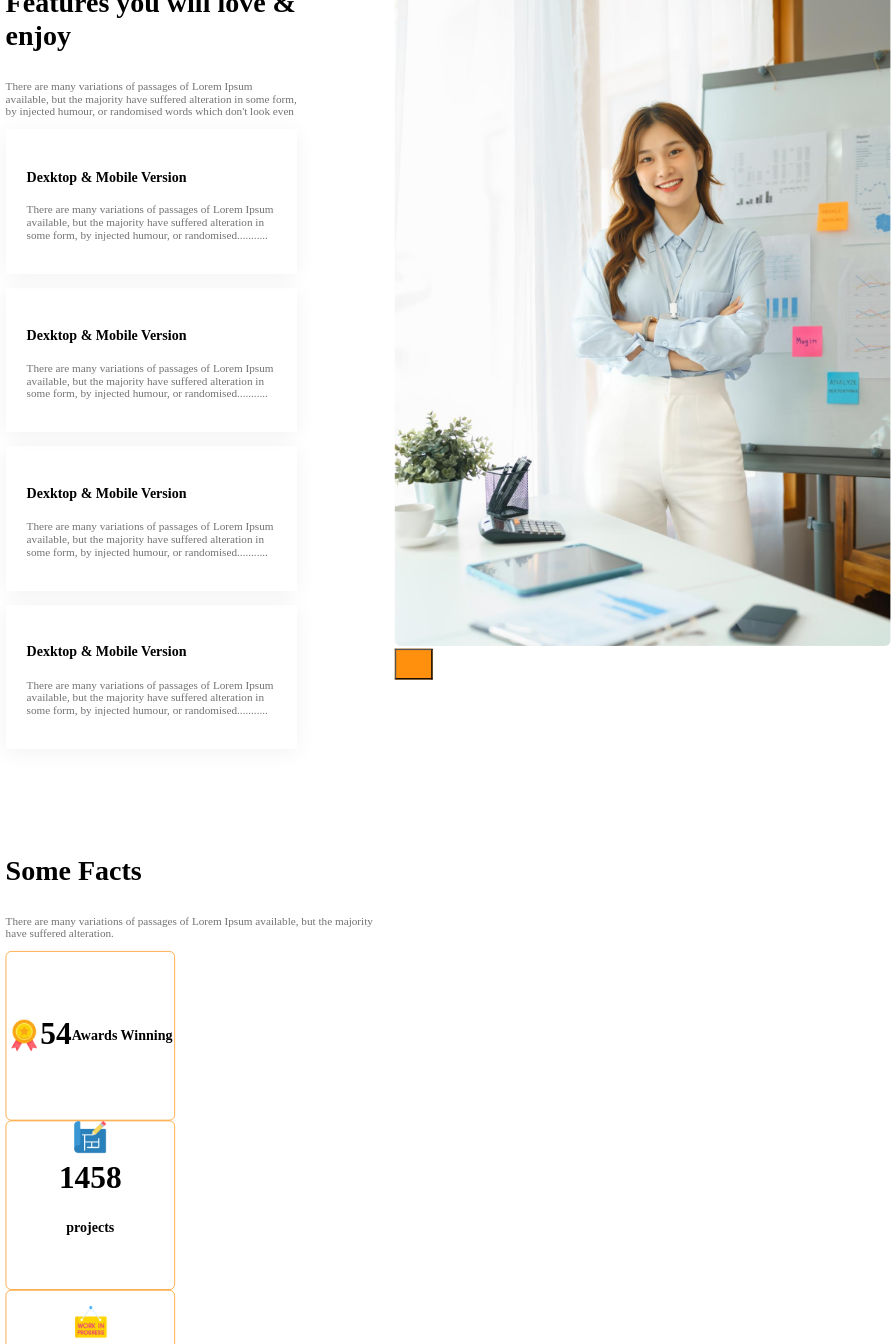
Repository: tanimtanzilislam/g3-architect-website
Page: index.html
These files come from the project's save history. The page is drawn as it stood at one moment and after the next save; the edit follows.
The browser window is 1280 px wide. The pictures show the part of the page from y = 2744 to 4664 px (the page is 5498 px tall), at 70% of full size.

Above is the page before, as saved 2026-02-06 22:39:39.

After the next save:
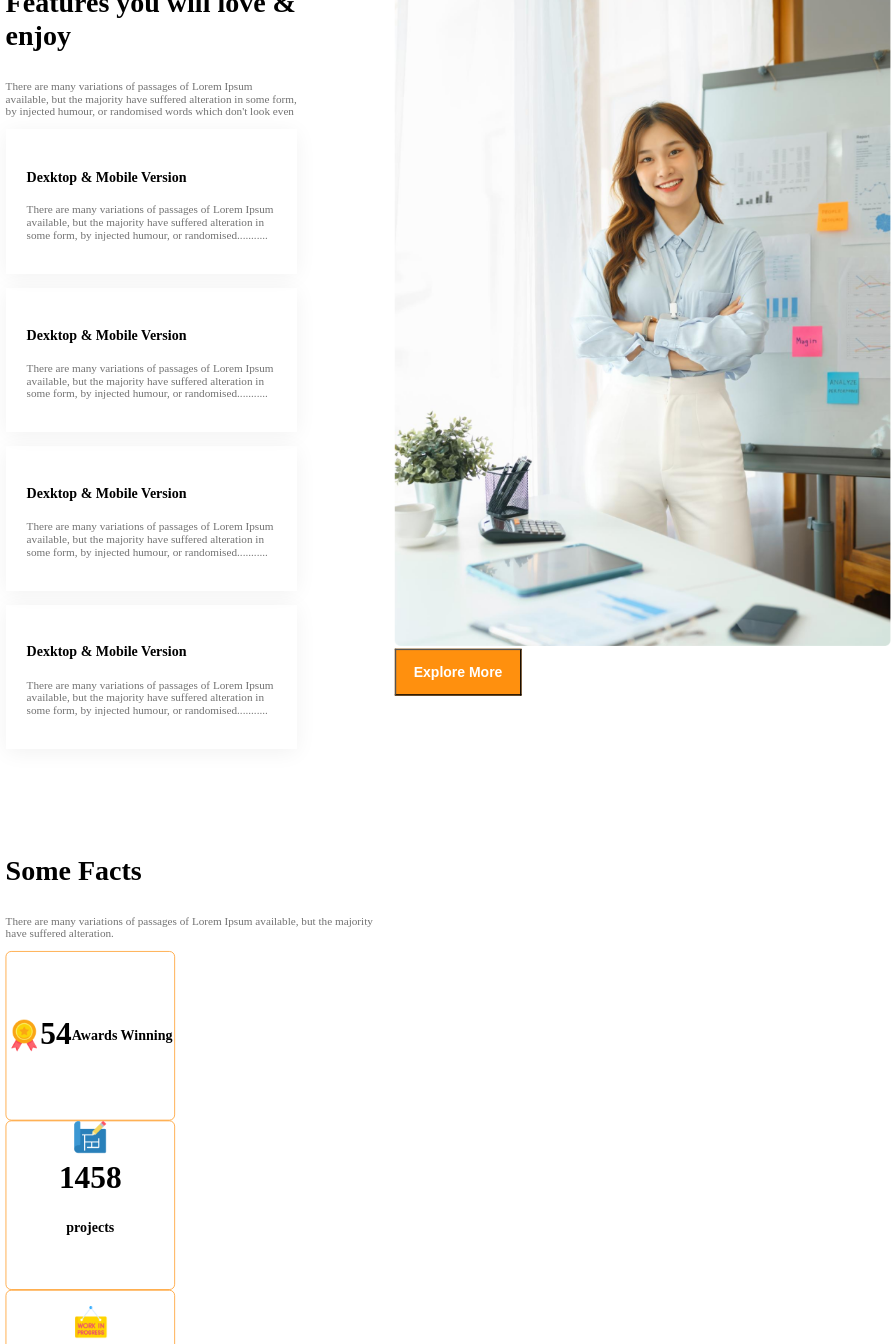
Saved 5 s later.
--- a/index.html
+++ b/index.html
@@ -85,7 +85,7 @@
             <div>
                 <img src="images/architect.png" alt="">
                 <button class="btn-primary">
-
+                    Explore More
                 </button>
             </div>
          </section>

After the 2 saves that followed:
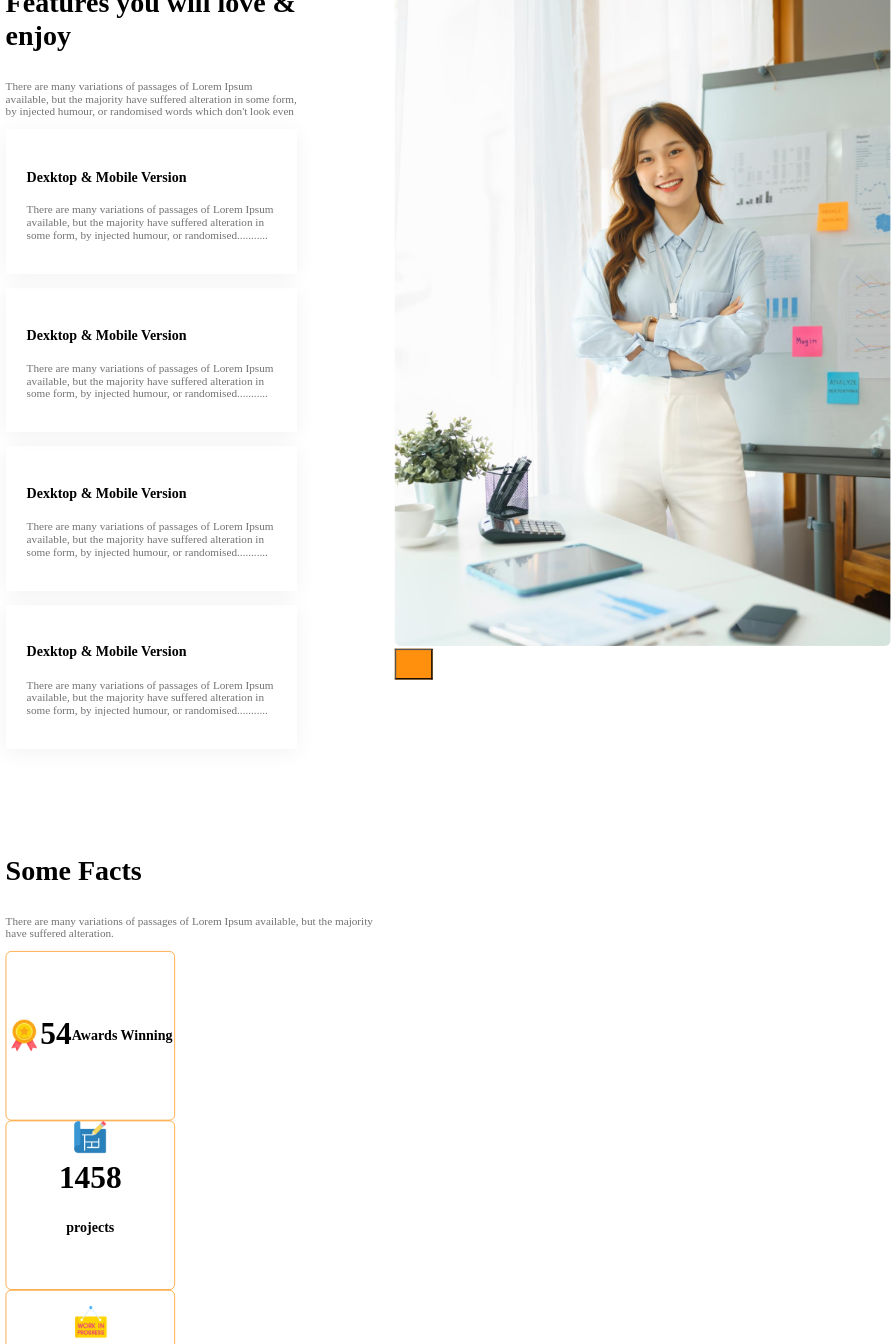
The 2 saves are shown as one change because they came seconds apart.
The last was saved 10 s later.
--- a/index.html
+++ b/index.html
@@ -85,7 +85,7 @@
             <div>
                 <img src="images/architect.png" alt="">
                 <button class="btn-primary">
-                    Explore More
+                  <span></span>
                 </button>
             </div>
          </section>
